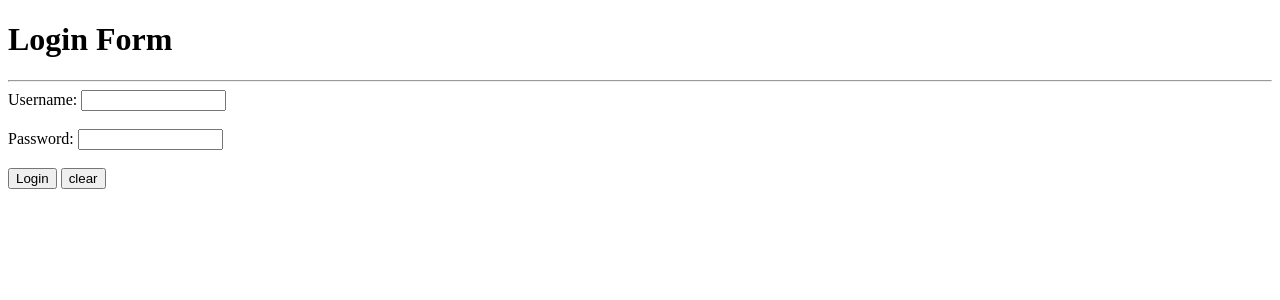
Repository: sandeeda/day10
Page: LoginApp/WebContent/login.html
The author's editor kept a copy of each file at every save. The page is drawn from the files as they stood at one save, then again after the next save.
The browser window is 1280 px wide. The pictures show the whole page.

Above is the page before, as saved 2018-09-05 10:07:45.

### LoginApp/WebContent/login.html
<!DOCTYPE html>
<html>
<head>
<meta charset="ISO-8859-1">
<title>Login Page</title>
</head>
<body>
	<h1>Login Form</h1>
	<hr>
	<form action="login" method="post">
		<label>Username:</label>
		<input type="text" name="username" size="15"/>
		<br><br>
		<label>Password:</label>
		<input type="password" name="password" size="15"/>
		<br><br>



		<input type="submit" value="Login"/>
		<input type="reset" value="clear"/>


	</form>
</body>
</html>

After the next save:
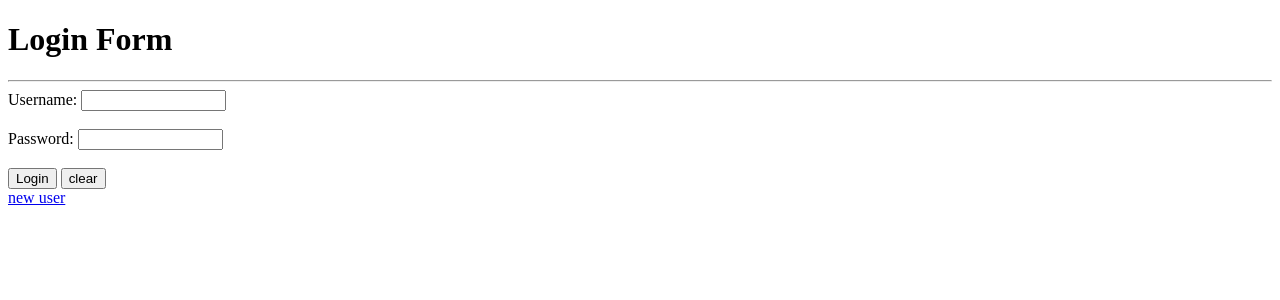
Saved 5 min 23 s later.
--- a/LoginApp/WebContent/login.html
+++ b/LoginApp/WebContent/login.html
@@ -22,5 +22,8 @@
 
 
 	</form>
+
+
+	<a href="registration.html">new user</a>
 </body>
 </html>
